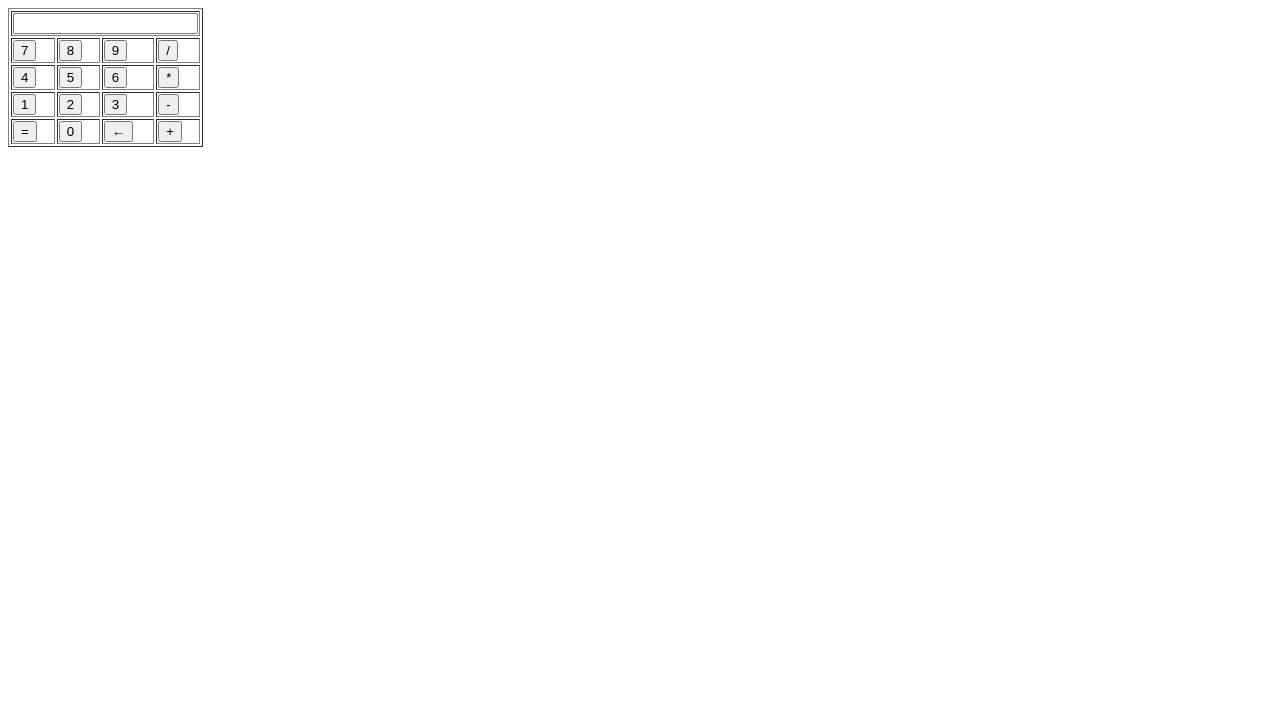
Repository: Yejin-source/st-work
Page: join/src/main/webapp/cal.html
These files come from the project's save history. The page is drawn as it stood at one moment and after the next save; the edit follows.
The browser window is 1280 px wide. The pictures show the whole page.

Above is the page before, as saved 2025-04-30 08:40:23.

### join/src/main/webapp/cal.html
<!DOCTYPE html>
<html>
<head>
<meta charset="UTF-8">
<title>Insert title here</title>
</head>
<body>
	<table border="1">
		<tr>
			<td colspan="4"><input type="text" id="result"></td>
		</tr>
		<tr>
			<td><button type="button" id="seven">7</button></td>
			<td><button type="button" id="eight">8</button></td>
			<td><button type="button" id="nine">9</button></td>
			<td><button type="button" id="divide">/</button></td>
		</tr>
		<tr>
			<td><button type="button" id="four">4</button></td>
			<td><button type="button" id="five">5</button></td>
			<td><button type="button" id="six">6</button></td>
			<td><button type="button" id="multiple">*</button></td>
		</tr>
		<tr>
			<td><button type="button" id="one">1</button></td>
			<td><button type="button" id="two">2</button></td>
			<td><button type="button" id="three">3</button></td>
			<td><button type="button" id="minus">-</button></td>
		</tr>
		<tr>
			<td><button type="button" id="equal">=</button></td>
			<td><button type="button" id="zero">0</button></td>
			<td><button type="button" id="back">←</button></td>
			<td><button type="button" id="plus">+</button></td>
		</tr>
	</table>
	<script>
		// 콜백함수: 매개변수로 전달하는 함수

		/*
			let zeroClick = function() {
				alert('zeroClick');
			}
		*/

		let result = '';

		// 0 입력
		document.querySelector('#zero').addEventListener('click', function() { // ('이벤트 이름', 콜백함수)
			result = result + 0;
			document.querySelector('#result').value = result;
		});

		// 1 입력
		document.querySelector('#one').addEventListener('click', function() {
			result = result + 1;
			document.querySelector('#result').value = result;
		});

		// 2 입력
		document.querySelector('#two').addEventListener('click', function() {
			result = result + 2;
			document.querySelector('#result').value = result;
		});

		// 3 입력
		document.querySelector('#three').addEventListener('click', function() {
			result = result + 3;
			document.querySelector('#result').value = result;
		});

		// 4 입력
		document.querySelector('#four').addEventListener('click', function() {
			result = result + 4;
			document.querySelector('#result').value = result;
		});

		// 5 입력
		document.querySelector('#five').addEventListener('click', function() {
			result = result + 5;
			document.querySelector('#result').value = result;
		});

		// 6 입력
		document.querySelector('#six').addEventListener('click', function() {
			result = result + 6;
			document.querySelector('#result').value = result;
		});

		// 7 입력
		document.querySelector('#seven').addEventListener('click', function() {
			result = result + 7;
			document.querySelector('#result').value = result;
		});

		// 8 입력
		document.querySelector('#eight').addEventListener('click', function() {
			result = result + 8;
			document.querySelector('#result').value = result;
		});

		// 9 입력
		document.querySelector('#nine').addEventListener('click', function() {
			result = result + 9;
			document.querySelector('#result').value = result;
		});


		// 나누기 연산자
		document.querySelector('#divide').addEventListener('click', function() {
			if(isNaN(result[result.length-1])) { // result의 마지막 글자가 연산자라면 | isNaN() 함수: 숫자면 false 반환
				alert('연산자를 연속으로 입력할 수 없습니다.');
				return;
			}
			result = result + '/';
			document.querySelector('#result').value = result;
		});

		// 곱하기 연산자
		document.querySelector('#multiple').addEventListener('click', function() {
			if(isNaN(result[result.length-1])) { // result의 마지막 글자가 연산자라면
				alert('연산자를 연속으로 입력할 수 없습니다.');
				return;
			}
			result = result + '*';
			document.querySelector('#result').value = result;
		});

		// 빼기 연산자
		document.querySelector('#minus').addEventListener('click', function() {
			if(isNaN(result[result.length-1])) { // result의 마지막 글자가 연산자라면
				alert('연산자를 연속으로 입력할 수 없습니다.');
				return;
			}
			result = result + '-';
			document.querySelector('#result').value = result;
		});

		// 더하기 연산자
		document.querySelector('#plus').addEventListener('click', function() {
			if(isNaN(result[result.length-1])) { // result의 마지막 글자가 연산자라면
				alert('연산자를 연속으로 입력할 수 없습니다.');
				return;
			}
			result = result + '+';
			document.querySelector('#result').value = result;
		});


		// 한 글자 지우기
		document.querySelector('#back').addEventListener('click', function() {
			if(isNaN(result[result.length-1])) { // result의 마지막 글자가 연산자라면
				alert('연산자는 지울 수 없습니다.');
				return;
			}
			result = result.slice(0, -1); // slice() 메서드: 배열이나 문자열에서 일부분을 잘라내는 메서드
			// result.slice(start, end) -> end: 끝 인덱스는 미포함
			document.querySelector('#result').value = result;
		});


		// result 문자 전체를 파싱해서 연산해서 결과
	</script>
</body>
</html>

After the next save:
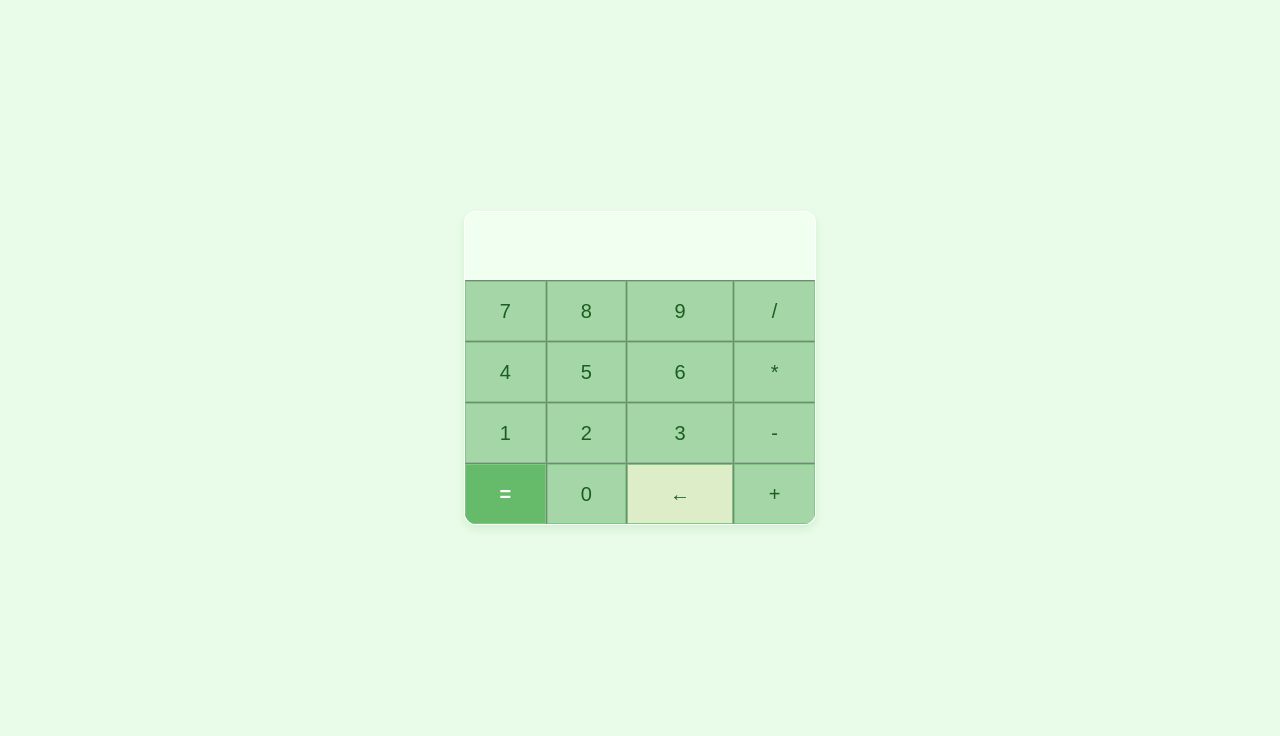
Saved 66 s later.
--- a/join/src/main/webapp/cal.html
+++ b/join/src/main/webapp/cal.html
@@ -3,6 +3,71 @@
 <head>
 <meta charset="UTF-8">
 <title>Insert title here</title>
+<style>
+    body {
+      background-color: #e9fce9; /* 아주 연한 초록-민트 */
+      font-family: 'Segoe UI', sans-serif;
+      display: flex;
+      justify-content: center;
+      align-items: center;
+      height: 100vh;
+    }
+
+    table {
+      border-collapse: collapse;
+      background-color: #ffffff;
+      border-radius: 12px;
+      box-shadow: 0 4px 10px rgba(0, 128, 0, 0.1);
+      overflow: hidden;
+    }
+
+    input[type="text"] {
+      width: 100%;
+      padding: 20px;
+      font-size: 24px;
+      border: none;
+      background-color: #f0fff0;
+      text-align: right;
+      color: #2e7d32;
+    }
+
+    td {
+      padding: 0;
+    }
+
+    button {
+      width: 100%;
+      height: 60px;
+      font-size: 20px;
+      background-color: #a5d6a7; /* 밝은 연두 */
+      border: 1px solid #81c784;
+      color: #1b5e20;
+      cursor: pointer;
+      transition: 0.2s;
+    }
+
+    button:hover {
+      background-color: #81c784; /* 좀 더 진한 연두 */
+    }
+
+    #equal {
+      background-color: #66bb6a;
+      color: white;
+      font-weight: bold;
+    }
+
+    #equal:hover {
+      background-color: #388e3c;
+    }
+
+    #back {
+      background-color: #dcedc8;
+    }
+
+    #back:hover {
+      background-color: #aed581;
+    }
+  </style>
 </head>
 <body>
 	<table border="1">
